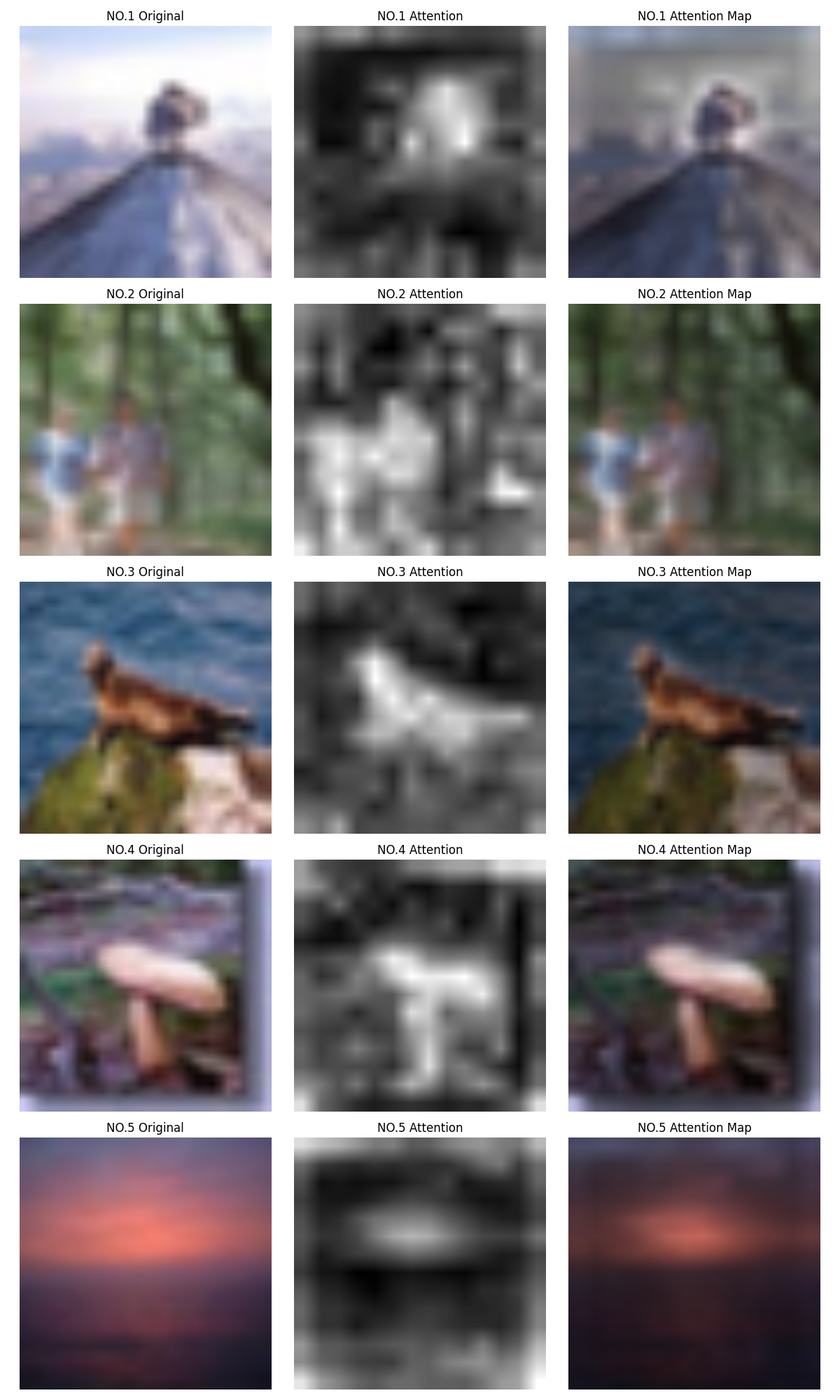
Repository: ginnux/vit
Script's output: python figure/visual.py
The author's editor kept a copy of each file at every save. The script's output is drawn from the files as they stood at one save, then again after the next save.
The pictures are shown at 70% of full size.
Random numbers start from a fixed seed. It also reads figure/visualize.pkl.

Above is the script's output before, as saved 2024-06-24 22:36:22.

After the next save:
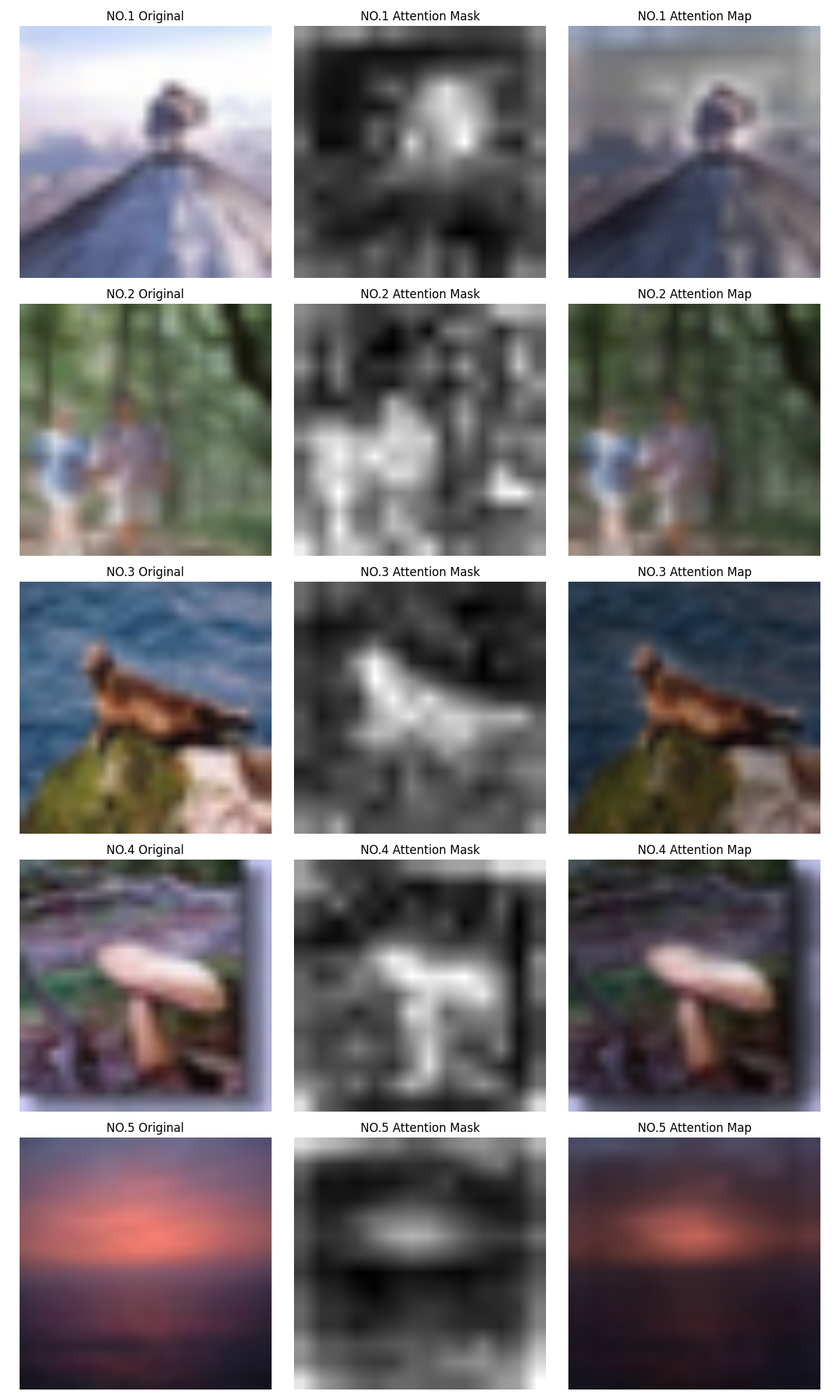
Saved 2 min 40 s later.
--- a/figure/visual.py
+++ b/figure/visual.py
@@ -27,7 +27,7 @@ for i in range(num):
 
     plt.subplot(num, 3, 3 * i + 2)
     plt.axis("off")
-    plt.title(f"NO.{i+1} Attention")
+    plt.title(f"NO.{i+1} Attention Mask")
     plt.imshow(mask, cmap="gray")
 
     plt.subplot(num, 3, 3 * i + 3)
